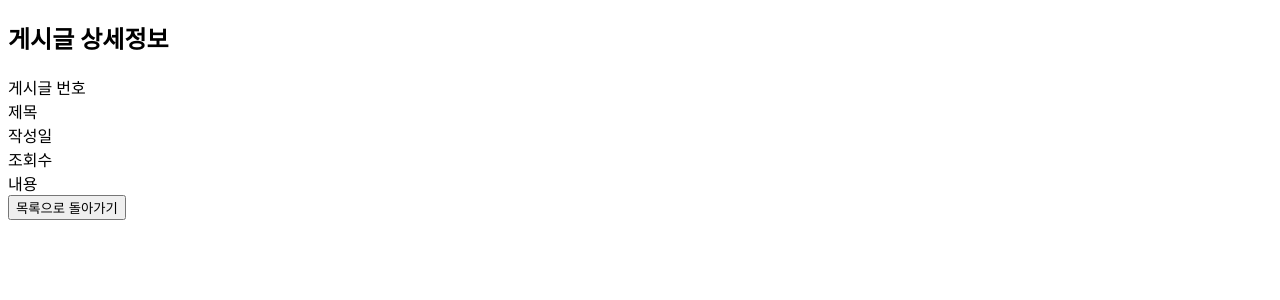
Repository: thdtjdgml415/exVoc
Page: /
These files come from the project's save history. The page is drawn as it stood at one moment and after the next save; the edit follows.
The browser window is 1280 px wide. The pictures show the whole page.
The project was rebuilt for these pictures with package versions that can differ from the ones it lists, and the page was loaded fresh each time.

Above is the page before, as saved 2023-01-12 10:48:54.

After the next save:
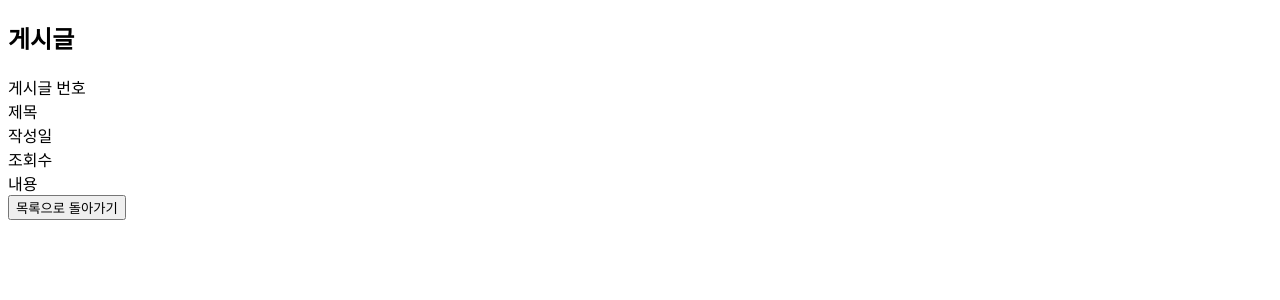
Saved 36 s later.
--- a/src/App.js
+++ b/src/App.js
@@ -3,7 +3,7 @@ import React from 'react'
 function App() {
   return (
     <>
-      <h2 align="left">게시글 상세정보</h2>
+      <h2 align="left">게시글</h2>
 
       <div className="post-view-wrapper">
 
